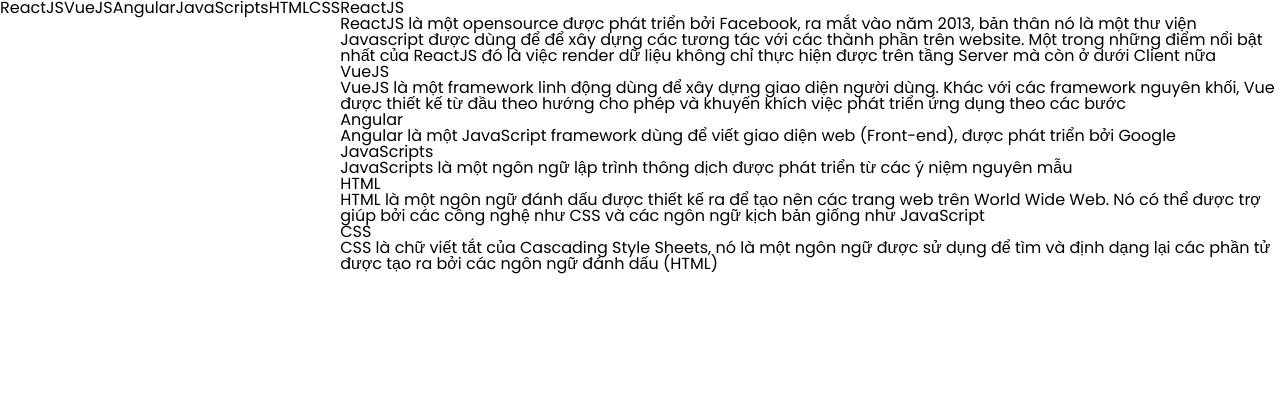
Repository: HoangLong0210/TabsUI
Page: index.html
An editor plug-in stored every save of this project. The page is shown before and after the next save, followed by the edit.
The browser window is 1280 px wide. The pictures show the whole page.

Above is the page before, as saved 2022-05-16 11:13:40.

After the next save:
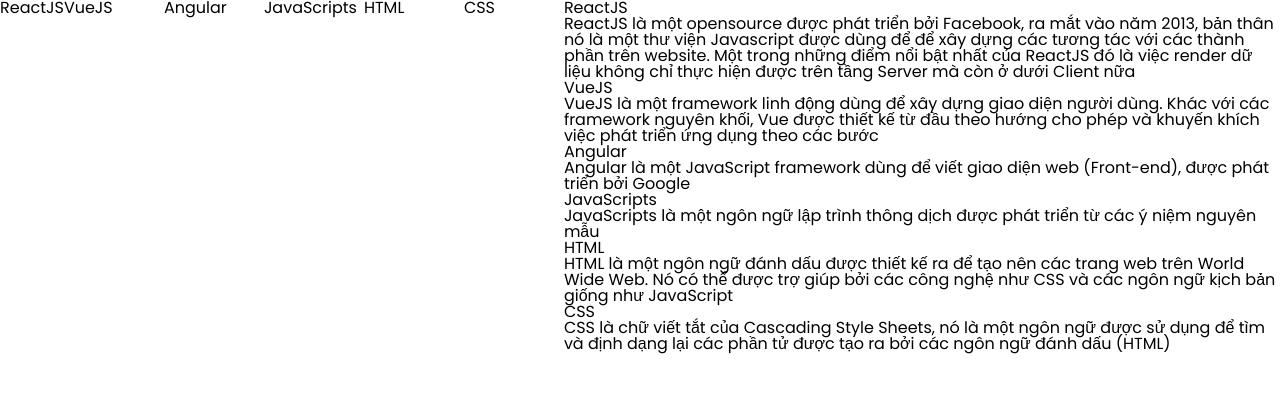
Saved 116 s later.
--- a/style.css
+++ b/style.css
@@ -29,3 +29,7 @@
     background-color: #c23564;
     transition: all 0.2s ease;
 }
+
+.tab__item {
+    min-width: 10rem;
+}
